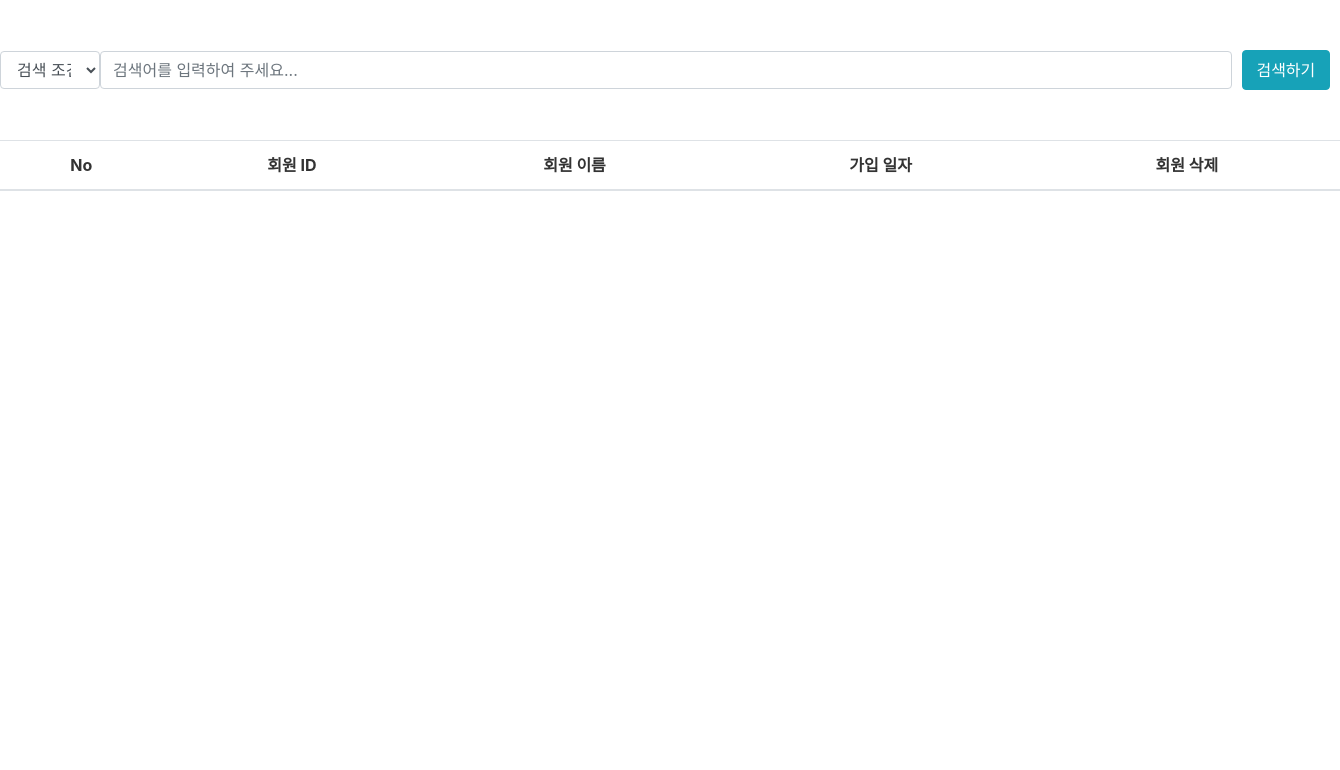
Repository: JangHyuckYun/jsp_study
Page: http://localhost/servletStudy/list.jsp
The author's editor kept a copy of each file at every save. The page is drawn from the files as they stood at one save, then again after the next save.
The browser window is 1280 px wide. The page is 1340 px wide, so the pictures cover 1340 px, including what lies to the right of the window. The pictures show the whole page.
The page is served by Tomcat 9. The template is opened directly, without the code that normally fills it, so the values that code supplies are empty.

Above is the page before, as saved 2020-09-25 05:02:07.

After the next save:
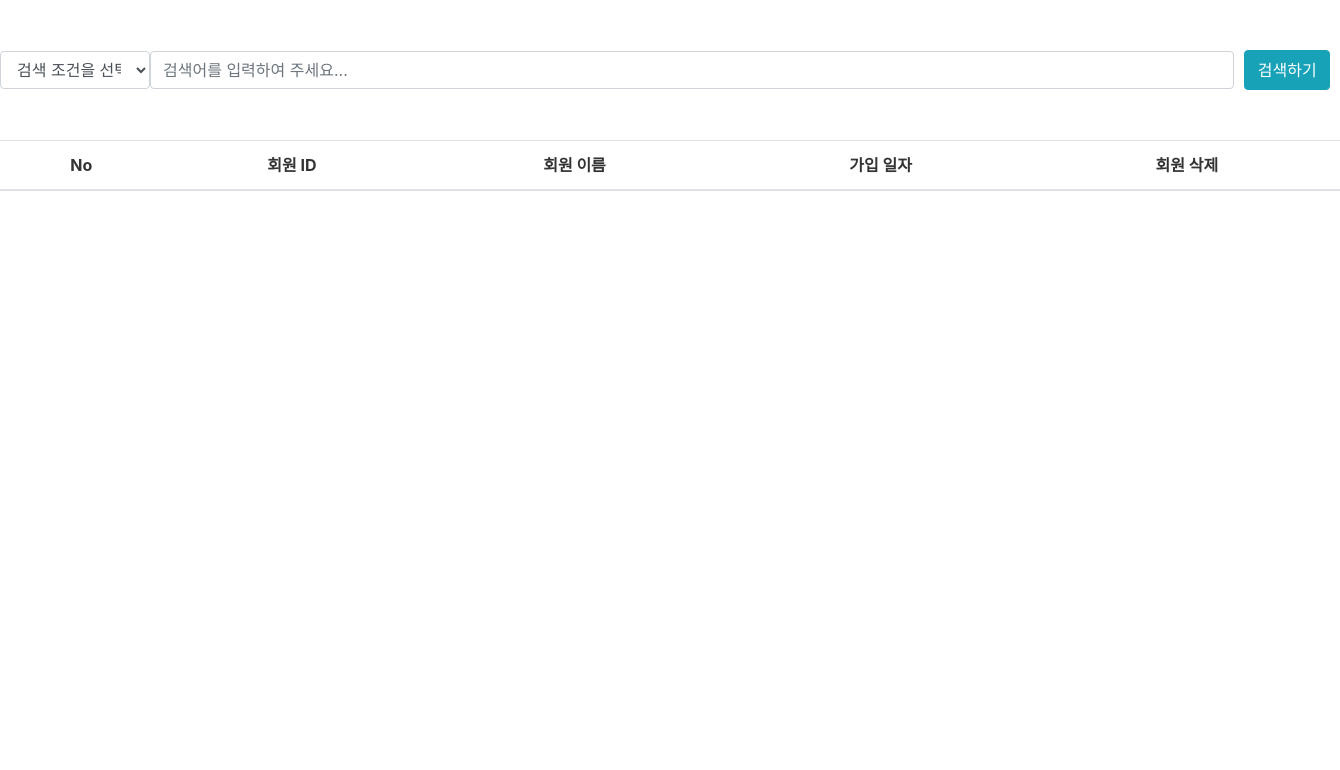
Saved 6 s later.
--- a/user_related_simple_logic/servletStudy/WebContent/list.jsp
+++ b/user_related_simple_logic/servletStudy/WebContent/list.jsp
@@ -29,7 +29,7 @@
 <body>
 	<section class="search rel">
 		<div class="cover flex center align rel">
-			<select name='choose' class="form-control" style="width:100px;">
+			<select name='choose' class="form-control" style="width:150px;">
 				<option value="">검색 조건을 선택해주세요.</option>
 				<option value="no">No</option>
 				<option value="id">회원 ID</option>
